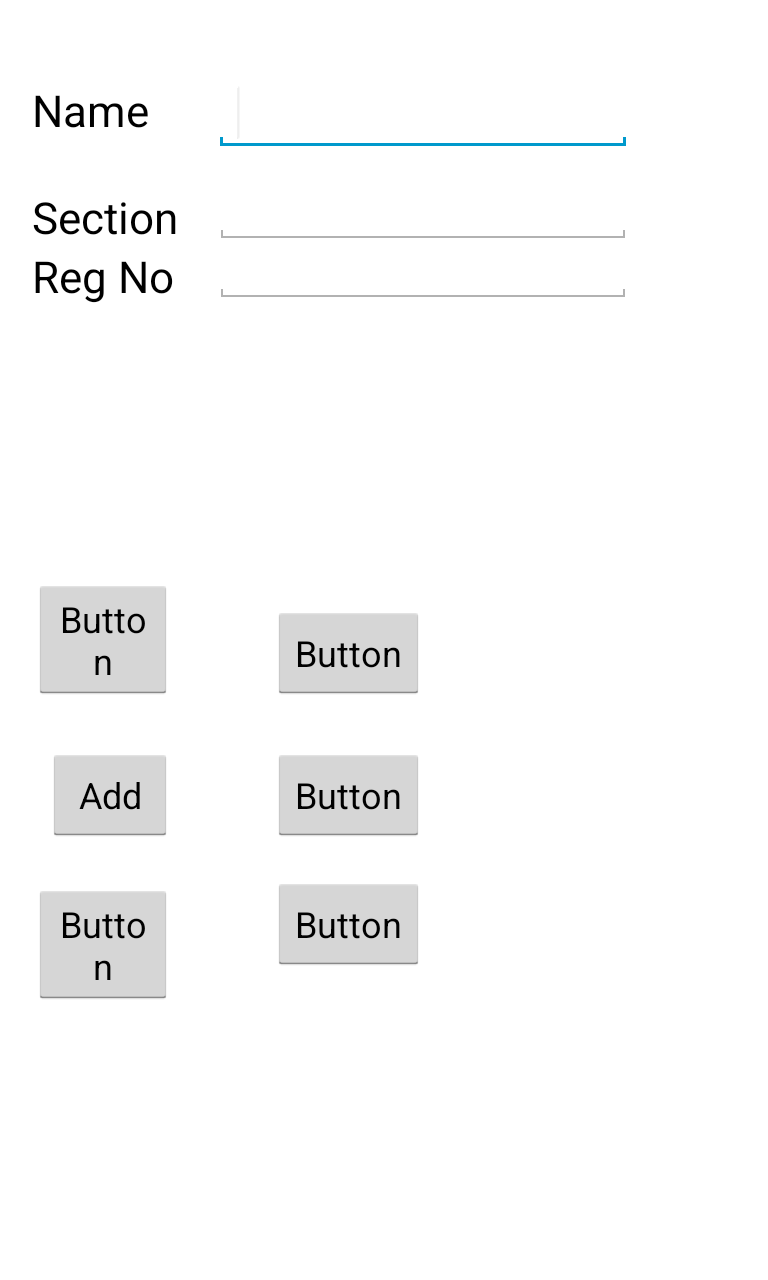
Repository: vinothknr1/aamec-mad-lab
Layout: Ex-4-Database-App/res/layout/activity_main.xml
These files come from the project's save history. The layout is drawn as it stood at one moment and after the next save; the edit follows.
It is drawn on a 768 x 1280 px phone screen (xhdpi) without system bars, with theme AppTheme; the app's code is not run.

Above is the layout before, as saved 2022-04-19 08:51:20.

### Ex-4-Database-App/res/layout/activity_main.xml
<RelativeLayout xmlns:android="http://schemas.android.com/apk/res/android"
    xmlns:tools="http://schemas.android.com/tools"
    android:layout_width="match_parent"
    android:layout_height="match_parent"
    android:paddingBottom="@dimen/activity_vertical_margin"
    android:paddingLeft="@dimen/activity_horizontal_margin"
    android:paddingRight="@dimen/activity_horizontal_margin"
    android:paddingTop="@dimen/activity_vertical_margin"
    tools:context=".MainActivity" >

    <EditText
        android:id="@+id/editText1"
        android:layout_width="wrap_content"
        android:layout_height="wrap_content"
        android:layout_alignBaseline="@+id/textView1"
        android:layout_alignBottom="@+id/textView1"
        android:layout_marginLeft="32dp"
        android:layout_toRightOf="@+id/textView1"
        android:ems="10" >

        <requestFocus />
    </EditText>

    <EditText
        android:id="@+id/editText2"
        android:layout_width="wrap_content"
        android:layout_height="wrap_content"
        android:layout_alignBottom="@+id/textView2"
        android:layout_alignLeft="@+id/editText1"
        android:ems="10" />

    <EditText
        android:id="@+id/editText3"
        android:layout_width="wrap_content"
        android:layout_height="wrap_content"
        android:layout_alignBottom="@+id/textView3"
        android:layout_alignLeft="@+id/editText2"
        android:ems="10" />

    <Button
        android:id="@+id/button3"
        android:layout_width="wrap_content"
        android:layout_height="wrap_content"
        android:layout_alignRight="@+id/button1"
        android:layout_below="@+id/button1"
        android:layout_marginTop="23dp"
        android:text="Add" />

    <Button
        android:id="@+id/button4"
        android:layout_width="wrap_content"
        android:layout_height="wrap_content"
        android:layout_alignBaseline="@+id/button3"
        android:layout_alignBottom="@+id/button3"
        android:layout_alignLeft="@+id/button2"
        android:text="Button" />

    <Button
        android:id="@+id/button5"
        android:layout_width="wrap_content"
        android:layout_height="wrap_content"
        android:layout_alignRight="@+id/button3"
        android:layout_below="@+id/button3"
        android:layout_marginTop="20dp"
        android:text="Button" />

    <Button
        android:id="@+id/button6"
        android:layout_width="wrap_content"
        android:layout_height="wrap_content"
        android:layout_alignBaseline="@+id/button5"
        android:layout_alignBottom="@+id/button5"
        android:layout_alignLeft="@+id/button4"
        android:text="Button" />

    <Button
        android:id="@+id/button2"
        android:layout_width="wrap_content"
        android:layout_height="wrap_content"
        android:layout_above="@+id/button3"
        android:layout_alignLeft="@+id/editText3"
        android:layout_marginLeft="29dp"
        android:text="Button" />

    <Button
        android:id="@+id/button1"
        android:layout_width="wrap_content"
        android:layout_height="wrap_content"
        android:layout_alignRight="@+id/textView3"
        android:layout_centerVertical="true"
        android:text="Button" />

    <TextView
        android:id="@+id/textView2"
        android:layout_width="wrap_content"
        android:layout_height="wrap_content"
        android:layout_alignLeft="@+id/textView1"
        android:layout_below="@+id/editText1"
        android:layout_marginTop="17dp"
        android:text="Section"
        android:textAppearance="?android:attr/textAppearanceLarge" />

    <TextView
        android:id="@+id/textView3"
        android:layout_width="wrap_content"
        android:layout_height="wrap_content"
        android:layout_alignParentLeft="true"
        android:layout_below="@+id/textView2"
        android:text="Reg No"
        android:textAppearance="?android:attr/textAppearanceLarge" />

    <TextView
        android:id="@+id/textView1"
        android:layout_width="wrap_content"
        android:layout_height="wrap_content"
        android:layout_alignLeft="@+id/textView3"
        android:layout_alignParentTop="true"
        android:layout_marginTop="24dp"
        android:text="Name"
        android:textAppearance="?android:attr/textAppearanceLarge" />

</RelativeLayout>

Loaded but not shown: Ex-4-Database-App/res/values/styles.xml (common file); Ex-4-Database-App/res/values-v11/styles.xml (common file); Ex-4-Database-App/res/values-v14/styles.xml (common file); Ex-4-Database-App/res/values/dimens.xml (common file)

After the next save:
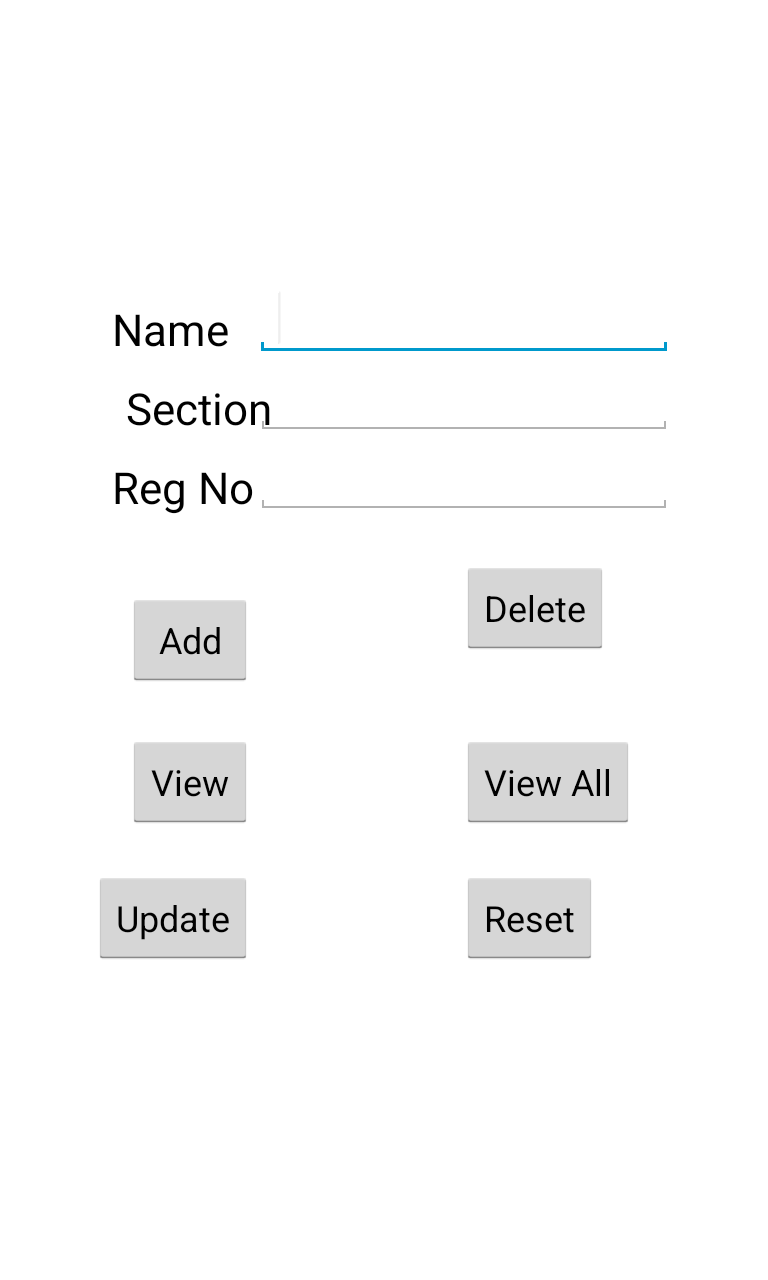
Saved 3 min 51 s later.
--- a/Ex-4-Database-App/res/layout/activity_main.xml
+++ b/Ex-4-Database-App/res/layout/activity_main.xml
@@ -8,26 +8,49 @@
     android:paddingTop="@dimen/activity_vertical_margin"
     tools:context=".MainActivity" >
 
-    <EditText
-        android:id="@+id/editText1"
+    <Button
+        android:id="@+id/button3"
         android:layout_width="wrap_content"
         android:layout_height="wrap_content"
-        android:layout_alignBaseline="@+id/textView1"
-        android:layout_alignBottom="@+id/textView1"
-        android:layout_marginLeft="32dp"
-        android:layout_toRightOf="@+id/textView1"
-        android:ems="10" >
+        android:layout_alignRight="@+id/button1"
+        android:layout_below="@+id/button1"
+        android:layout_marginTop="23dp"
+        android:text="View" />
 
-        <requestFocus />
-    </EditText>
-
-    <EditText
-        android:id="@+id/editText2"
+    <Button
+        android:id="@+id/button4"
         android:layout_width="wrap_content"
         android:layout_height="wrap_content"
-        android:layout_alignBottom="@+id/textView2"
-        android:layout_alignLeft="@+id/editText1"
-        android:ems="10" />
+        android:layout_alignBaseline="@+id/button3"
+        android:layout_alignBottom="@+id/button3"
+        android:layout_alignLeft="@+id/button2"
+        android:text="View All" />
+
+    <Button
+        android:id="@+id/button5"
+        android:layout_width="wrap_content"
+        android:layout_height="wrap_content"
+        android:layout_alignRight="@+id/button3"
+        android:layout_below="@+id/button3"
+        android:layout_marginTop="20dp"
+        android:text="Update" />
+
+    <Button
+        android:id="@+id/button6"
+        android:layout_width="wrap_content"
+        android:layout_height="wrap_content"
+        android:layout_alignBaseline="@+id/button5"
+        android:layout_alignBottom="@+id/button5"
+        android:layout_alignLeft="@+id/button4"
+        android:text="Reset" />
+
+    <Button
+        android:id="@+id/button1"
+        android:layout_width="wrap_content"
+        android:layout_height="wrap_content"
+        android:layout_alignRight="@+id/textView3"
+        android:layout_centerVertical="true"
+        android:text="Add" />
 
     <EditText
         android:id="@+id/editText3"
@@ -37,66 +60,20 @@
         android:layout_alignLeft="@+id/editText2"
         android:ems="10" />
 
-    <Button
-        android:id="@+id/button3"
+    <EditText
+        android:id="@+id/editText2"
         android:layout_width="wrap_content"
         android:layout_height="wrap_content"
-        android:layout_alignRight="@+id/button1"
-        android:layout_below="@+id/button1"
-        android:layout_marginTop="23dp"
-        android:text="Add" />
-
-    <Button
-        android:id="@+id/button4"
-        android:layout_width="wrap_content"
-        android:layout_height="wrap_content"
-        android:layout_alignBaseline="@+id/button3"
-        android:layout_alignBottom="@+id/button3"
-        android:layout_alignLeft="@+id/button2"
-        android:text="Button" />
-
-    <Button
-        android:id="@+id/button5"
-        android:layout_width="wrap_content"
-        android:layout_height="wrap_content"
-        android:layout_alignRight="@+id/button3"
-        android:layout_below="@+id/button3"
-        android:layout_marginTop="20dp"
-        android:text="Button" />
-
-    <Button
-        android:id="@+id/button6"
-        android:layout_width="wrap_content"
-        android:layout_height="wrap_content"
-        android:layout_alignBaseline="@+id/button5"
-        android:layout_alignBottom="@+id/button5"
-        android:layout_alignLeft="@+id/button4"
-        android:text="Button" />
-
-    <Button
-        android:id="@+id/button2"
-        android:layout_width="wrap_content"
-        android:layout_height="wrap_content"
-        android:layout_above="@+id/button3"
-        android:layout_alignLeft="@+id/editText3"
-        android:layout_marginLeft="29dp"
-        android:text="Button" />
-
-    <Button
-        android:id="@+id/button1"
-        android:layout_width="wrap_content"
-        android:layout_height="wrap_content"
-        android:layout_alignRight="@+id/textView3"
-        android:layout_centerVertical="true"
-        android:text="Button" />
+        android:layout_above="@+id/editText3"
+        android:layout_alignLeft="@+id/editText1"
+        android:ems="10" />
 
     <TextView
         android:id="@+id/textView2"
         android:layout_width="wrap_content"
         android:layout_height="wrap_content"
-        android:layout_alignLeft="@+id/textView1"
-        android:layout_below="@+id/editText1"
-        android:layout_marginTop="17dp"
+        android:layout_alignBottom="@+id/editText2"
+        android:layout_alignLeft="@+id/button1"
         android:text="Section"
         android:textAppearance="?android:attr/textAppearanceLarge" />
 
@@ -104,19 +81,41 @@
         android:id="@+id/textView3"
         android:layout_width="wrap_content"
         android:layout_height="wrap_content"
+        android:layout_above="@+id/button1"
         android:layout_alignParentLeft="true"
-        android:layout_below="@+id/textView2"
+        android:layout_marginBottom="38dp"
+        android:layout_marginLeft="40dp"
         android:text="Reg No"
         android:textAppearance="?android:attr/textAppearanceLarge" />
+
+    <EditText
+        android:id="@+id/editText1"
+        android:layout_width="wrap_content"
+        android:layout_height="wrap_content"
+        android:layout_alignBottom="@+id/textView1"
+        android:layout_toRightOf="@+id/textView3"
+        android:ems="10" >
+
+        <requestFocus />
+    </EditText>
 
     <TextView
         android:id="@+id/textView1"
         android:layout_width="wrap_content"
         android:layout_height="wrap_content"
+        android:layout_above="@+id/editText2"
         android:layout_alignLeft="@+id/textView3"
-        android:layout_alignParentTop="true"
-        android:layout_marginTop="24dp"
         android:text="Name"
         android:textAppearance="?android:attr/textAppearanceLarge" />
 
+    <Button
+        android:id="@+id/button2"
+        android:layout_width="wrap_content"
+        android:layout_height="wrap_content"
+        android:layout_alignBottom="@+id/button1"
+        android:layout_alignRight="@+id/editText3"
+        android:layout_marginBottom="16dp"
+        android:layout_marginRight="32dp"
+        android:text="Delete" />
+
 </RelativeLayout>
